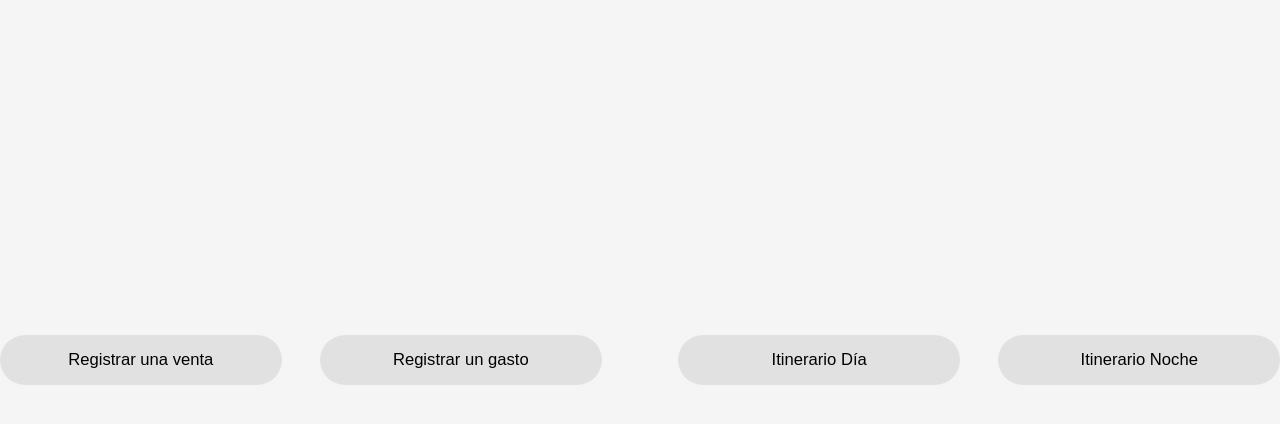
Repository: aCoupon0/intranet
Page: index.html
An editor plug-in stored every save of this project. The page is shown before and after the next save, followed by the edit.
The browser window is 1280 px wide. The pictures show the whole page.

Above is the page before, as saved 2024-11-29 11:47:52.

### index.html
<!DOCTYPE html>
<html lang="es">
<head>
    <meta charset="UTF-8">
    <meta name="viewport" content="width=device-width, initial-scale=1.0">
    <title>Hola Mundo</title>
    <link rel="stylesheet" href="main.css">
</head>
<body>
    <button class="venta">Registrar una venta</button>
    <button class="venta">Registrar un gasto</button>
    <div class="separador"></div>
    <button class="venta">Itinerario Día</button>
    <button class="venta">Itinerario Noche</button>
</body>
</html>

### main.css
/* main.css */
body {
    font-family: 'Roboto', system-ui, -apple-system, BlinkMacSystemFont, 'Segoe UI', sans-serif;
    margin: 0;
    padding: 0;
    display: flex;
    justify-content: center;
    align-items: center;
    height: 100vh;
    background-color: #f5f5f5;
    color: #333;
    gap: 3vw;
}
h1 {
    font-size: 2rem;
}

button {
    width: 47%;
    height: 7vh;
    background-color: rgba(0, 0, 0, 0.082);
    border: none;
    border-radius: 10vw;
    font-size: 1.3vw;
}

button:hover {
    background-color: rgba(0, 0, 0, 0.48);
    color: white;
}

After the next save:
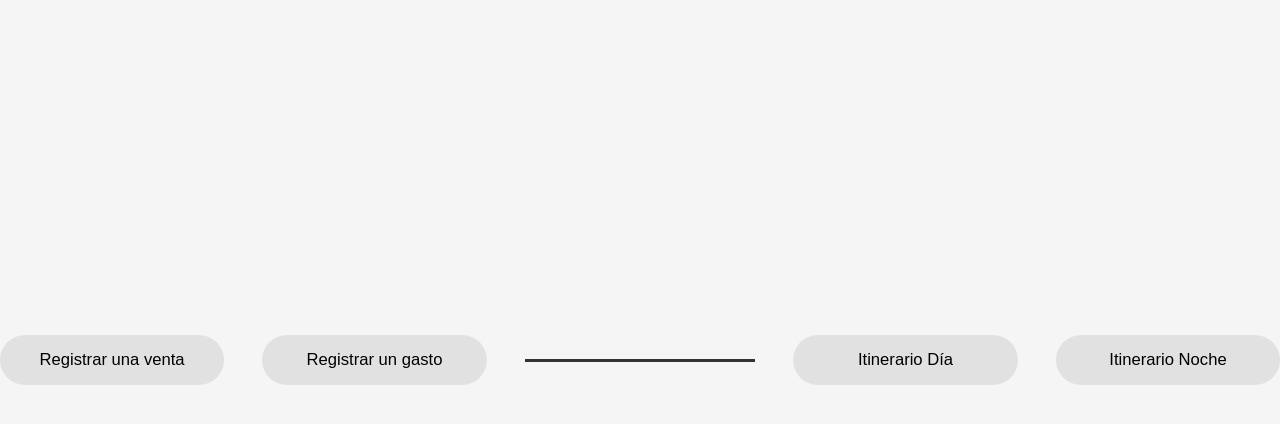
Saved 41 s later.
--- a/main.css
+++ b/main.css
@@ -28,3 +28,10 @@
     background-color: rgba(0, 0, 0, 0.48);
     color: white;
 }
+
+.separador {
+    width: 50%;
+    height: 3px;
+    background-color: #333;
+    border: 5vw;
+}
